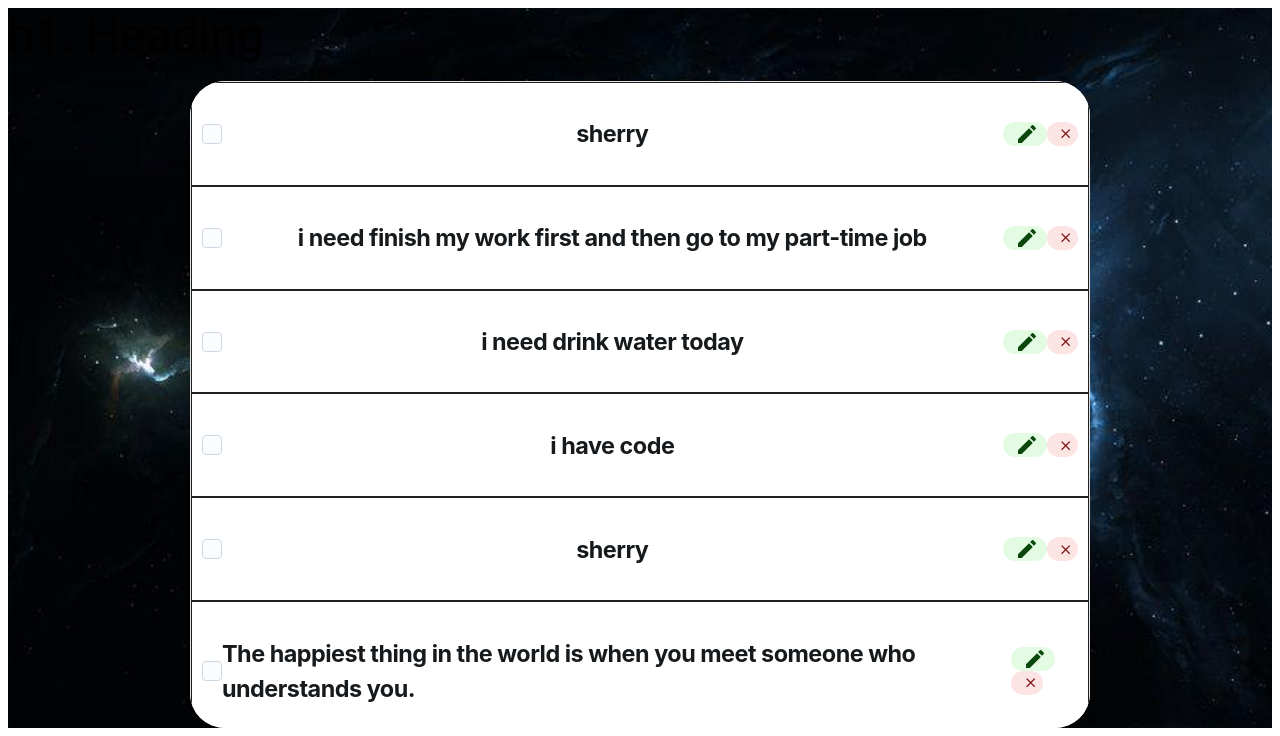
Repository: Tracy-maker/TodoList
Page: /
These files come from the project's save history. The page is drawn as it stood at one moment and after the next save; the edit follows.
The browser window is 1280 px wide. The pictures show the whole page.
The project was rebuilt for these pictures with package versions that can differ from the ones it lists, and the page was loaded fresh each time. Requests to the local data server were answered from the project's data file. Also part of the build but not shown: src/components/TaskEdit.js.

Above is the page before, as saved 2023-09-19 23:01:04.

### public/index.html
<!DOCTYPE html>
<html lang="en">
  <head>
    <meta charset="utf-8" />
    <link rel="icon" href="%PUBLIC_URL%/favicon.ico" />
    <meta name="viewport" content="width=device-width, initial-scale=1" />
    <meta name="theme-color" content="#000000" />
    <meta
      name="description"
      content="Web site created using create-react-app"
    />
    <link rel="apple-touch-icon" href="%PUBLIC_URL%/logo192.png" />
    <!--
      manifest.json provides metadata used when your web app is installed on a
      user's mobile device or desktop. See https://developers.google.com/web/fundamentals/web-app-manifest/
    -->
    <link rel="manifest" href="%PUBLIC_URL%/manifest.json" />
    <link href="https://fonts.googleapis.com/css2?family=Montserrat:wght@300;400;500&amp;display=swap" rel="stylesheet">
    <!--
      Notice the use of %PUBLIC_URL% in the tags above.
      It will be replaced with the URL of the `public` folder during the build.
      Only files inside the `public` folder can be referenced from the HTML.

      Unlike "/favicon.ico" or "favicon.ico", "%PUBLIC_URL%/favicon.ico" will
      work correctly both with client-side routing and a non-root public URL.
      Learn how to configure a non-root public URL by running `npm run build`.
    -->
    <title>React App</title>
  </head>
  <body>
    <noscript>You need to enable JavaScript to run this app.</noscript>
    <div id="root"></div>
    <!--
      This HTML file is a template.
      If you open it directly in the browser, you will see an empty page.

      You can add webfonts, meta tags, or analytics to this file.
      The build step will place the bundled scripts into the <body> tag.

      To begin the development, run `npm start` or `yarn start`.
      To create a production bundle, use `npm run build` or `yarn build`.
    -->
  </body>
</html>

### src/App.js
import { useState, useEffect } from "react";
import axios from "axios";
import CreateTask from "./components/CreateTask";
import TaskList from "./components/TaskList";
import { Box, Stack } from "@mui/material";
import styled from "styled-components";
import Typography from "@mui/material/Typography";
import TaskButton from "./components/TaskButton";
import Image1 from "./image/7.jpg";

const StyledContainer = styled(Stack)`
  height: 100vh;
  width: 100%;
  display: flex;
  align-items: stretch;
  justify-content: center;
  background-image: url(${Image1});
  background-size: cover;
  background-repeat: no-repeat;
`;

const TaskForm = styled(Box)`
  margin-left: auto;
  margin-right: auto;
  width: 900px;
  background-color: white;
  border-radius: 35px;
  overflow: hidden;
  @media (max-width: 768px) {
    width: 100%;
  }
`;
const title = styled(Typography)`
  color: white;
`;

function App() {
  const [tasks, setTasks] = useState([]);
  const [filter, setFilter] = useState("all");

  const fetchTask = async () => {
    const response = await axios.get("http://localhost:3001/tasks");
    setTasks(response.data);
  };

  useEffect(() => {
    fetchTask();
  }, []);

  const createTask = async (title) => {
    const response = await axios.post("http://localhost:3001/tasks", {
      title,
      status: "inProgress",
    });
    const updatedTasks = [...tasks, response.data];
    setTasks(updatedTasks);
  };

  const deleteTasksById = async (id) => {
    await axios.delete(`http://localhost:3001/tasks/${id}`);
    const updatedTasks = tasks.filter((task) => {
      return task.id !== id;
    });
    setTasks(updatedTasks);
  };

  const editTaskById = async (id, newTitle) => {
    const response = await axios.put(`http://localhost:3001/tasks/${id}`, {
      title: newTitle,
    });

    const updatedTasks = tasks.map((task) => {
      if (task.id === id) {
        return {
          ...task,
          ...response.data,
        };
      }
      return tasks;
    });
    setTasks(updatedTasks);
  };

  const handleFilterTasks = (filter) => {
    setFilter(filter);
  };

  let filteredTasks = tasks;
  if (filter !== "all") {
    filteredTasks = tasks.filter((task) => task.status === filter);
  }

  const toggleCheckedBoxById = (id) => {
    const updatedTasks = tasks.map((task) => {
      if (task.id === id) {
        let nextStatus;
        if (task.status === "done") {
          nextStatus = "inProgress";
        } else {
          nextStatus = "done";
        }
        return {
          ...task,
          status: nextStatus,
        };
      }
      return task;
    });
    setTasks(updatedTasks);
  };

  return (
    <StyledContainer>
      <Typography variant="h3" gutterBottom>
        h1. Heading
      </Typography>
      <TaskForm>
        <TaskList
          toggleCheckedBoxById={toggleCheckedBoxById}
          tasks={filteredTasks}
          onDelete={deleteTasksById}
          onEdit={editTaskById}
        />
        <TaskButton defaultValue={filter} onFilterChange={handleFilterTasks} />
        <CreateTask onCreate={createTask} />
      </TaskForm>
    </StyledContainer>
  );
}
export default App;

### src/components/CreateTask.js
import * as React from "react";
import Stack from "@mui/material/Stack";
import TextField from "@mui/material/TextField";
import Button from "@mui/material/Button";
import { useState } from "react";


function CreateTask(props) {
  const [title, setTitle] = useState("");

  const handleChange = (event) => {
    setTitle(event.target.value);
  };

  const handleSubmit = (event) => {
    event.preventDefault();
    if (title.trim() !== "") {
      props.onCreate(title);
      setTitle("");
    }
  };

  return (
    <Stack onSubmit={handleSubmit} component="form" direction="row" spacing={4}>
      <TextField
        value={title}
        onChange={handleChange}
        fullWidth
        hiddenLabel
        placeholder="Add a task"
        variant="filled"
      />
      <Button
        sx={{
          width: "25ch",
          backgroundColor: "#778899",
        }}
        type="submit"
        variant="contained"
      >
        Add Task
      </Button>
    </Stack>
  );
}

export default CreateTask;

### src/components/TaskList.js
import * as React from "react";
import { Paper, Box } from "@mui/material";
import TaskShow from "./TaskShow";



function TaskList(props) {

  const renderedTasksList = props.tasks.map((task) => {
    return (
      <TaskShow
        key={task.id}
        task={task}
        onDelete={props.onDelete}
        onEdit={props.onEdit}
        toggleCheckedBoxById={props.toggleCheckedBoxById}
      />
    );
  });

  return (
    <Box mb={2}>
      <Paper variant="outlined">{renderedTasksList}</Paper>
    </Box>
  );
}
export default TaskList;

### src/components/TaskButton.js
import * as React from "react";
import { Box, Button } from "@mui/material";
import styled from "styled-components";

const ButtonNavigationBar = styled(Box)`
  display: flex;
  justify-content: center;
  gap: 40px;
  padding: 10px;
`;

function TaskButton(props) {
  return (
    <ButtonNavigationBar>
      <Button
        variant={props.defaultValue === "all" ? "contained" : "outlined"}
        onClick={() => props.onFilterChange("all")}
      >
        All Tasks
      </Button>
      <Button
        variant={props.defaultValue === "done" ? "contained" : "outlined"}
        onClick={() => props.onFilterChange("done")}
      >
        Done
      </Button>
      <Button
        variant={props.defaultValue === "inProgress" ? "contained" : "outlined"}
        onClick={() => props.onFilterChange("inProgress")}
      >
        In Progress
      </Button>
    </ButtonNavigationBar>
  );
}
export default TaskButton;

### src/components/TaskShow.js
import * as React from "react";
import { useState } from "react";
import Typography from "@mui/joy/Typography";
import Checkbox from "@mui/joy/Checkbox";
import Chip from "@mui/joy/Chip";
import ChipDelete from "@mui/joy/ChipDelete";
import styled from "styled-components";
import { Box } from "@mui/material";
import EditIcon from "@mui/icons-material/Edit";
import TaskEdit from "./TaskEdit";

const TaskItem = styled(Box)`
  display: flex;
  justify-content: space-between;
  align-items: center;
  padding: 10px;
  border-style: solid;
  border-width: 1px;
`;

const Title = styled(Typography)`
  text-decoration: ${({ isDeleted }) => (isDeleted ? "line-through" : "none")};
`;

function TaskShow(props) {
  const [showEdit, setShowEdit] = useState(false);

  const handleEdit = () => {
    setShowEdit(!showEdit);
  };

  const handleSubmit = (id, newTitle) => {
    setShowEdit(false);
    props.onEdit(id, newTitle);
  };

  let content = <h3>{props.task.title}</h3>;
  if (showEdit) {
    content = <TaskEdit onSubmit={handleSubmit} task={props.task} />;
  }

  const handleDelete = () => {
    props.onDelete(props.task.id);
  };

  const handleCheckboxChange = () => {
    props.toggleCheckedBoxById(props.task.id);
  };

  return (
    <TaskItem>
      <Checkbox
        checked={props.task.status === "done"}
        onChange={handleCheckboxChange}
      />
      <Title isDeleted={props.task.status === "done"} level="h4">
        {content}
      </Title>
      <Box>
        <Chip
          variant="soft"
          color="success"
          onClick={handleEdit}
          endDecorator={<EditIcon />}
        />

        <Chip
          variant="soft"
          color="danger"
          endDecorator={<ChipDelete onClick={handleDelete} />}
        />
      </Box>
    </TaskItem>
  );
}

export default TaskShow;

### db.json
{
  "tasks": [
    {
      "title": "sherry",
      "status": "inProgress",
      "id": 1
    },
    {
      "title": "i need finish my work first and then go to my part-time job",
      "status": "inProgress",
      "id": 2
    },
    {
      "title": "i need drink water today",
      "status": "inProgress",
      "id": 3
    },
    {
      "title": "i have code",
      "status": "inProgress",
      "id": 4
    },
    {
      "title": "sherry",
      "status": "inProgress",
      "id": 5
    },
    {
      "title": "The happiest thing in the world is when you meet someone who understands you.",
      "status": "inProgress",
      "id": 6
    }
  ]
}

Loaded but not shown: src/index.js (common file)

After the next save:
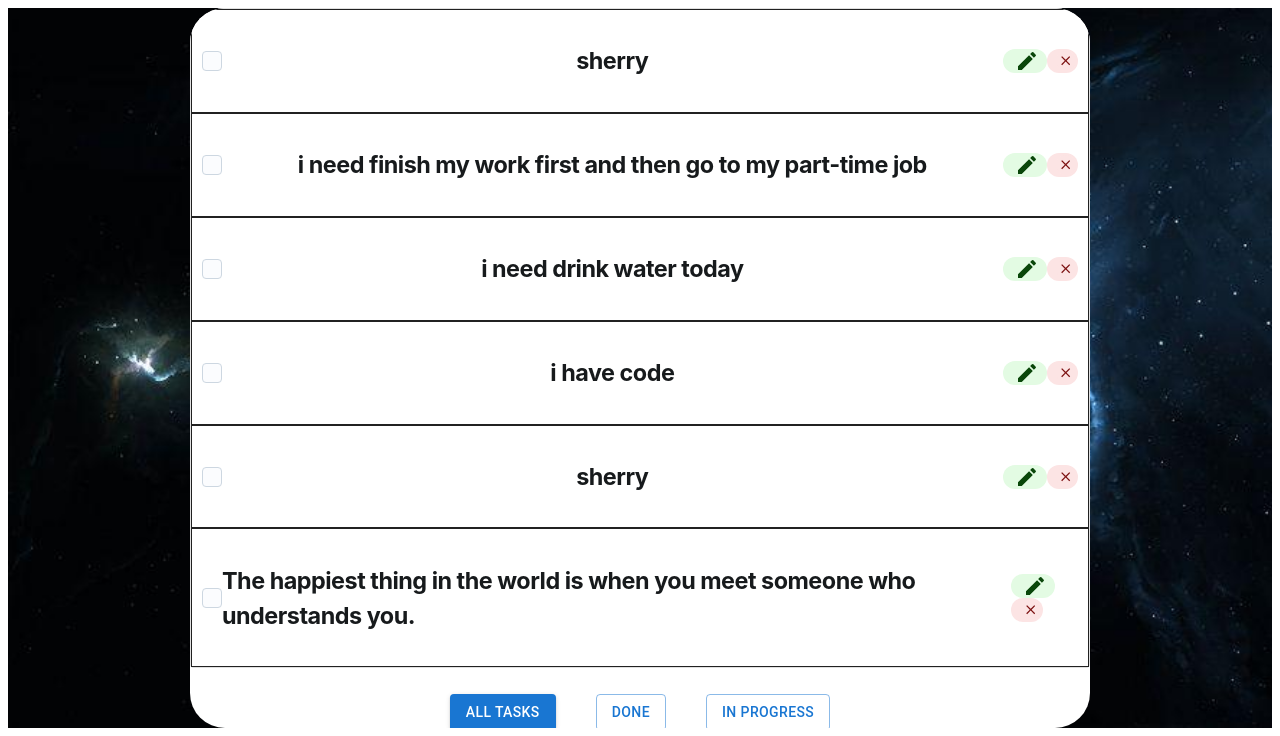
Saved 18 s later.
--- a/src/App.js
+++ b/src/App.js
@@ -111,9 +111,9 @@
 
   return (
     <StyledContainer>
-      <Typography variant="h3" gutterBottom>
+      <title variant="h3" gutterBottom>
         h1. Heading
-      </Typography>
+      </title>
       <TaskForm>
         <TaskList
           toggleCheckedBoxById={toggleCheckedBoxById}

After the save that followed:
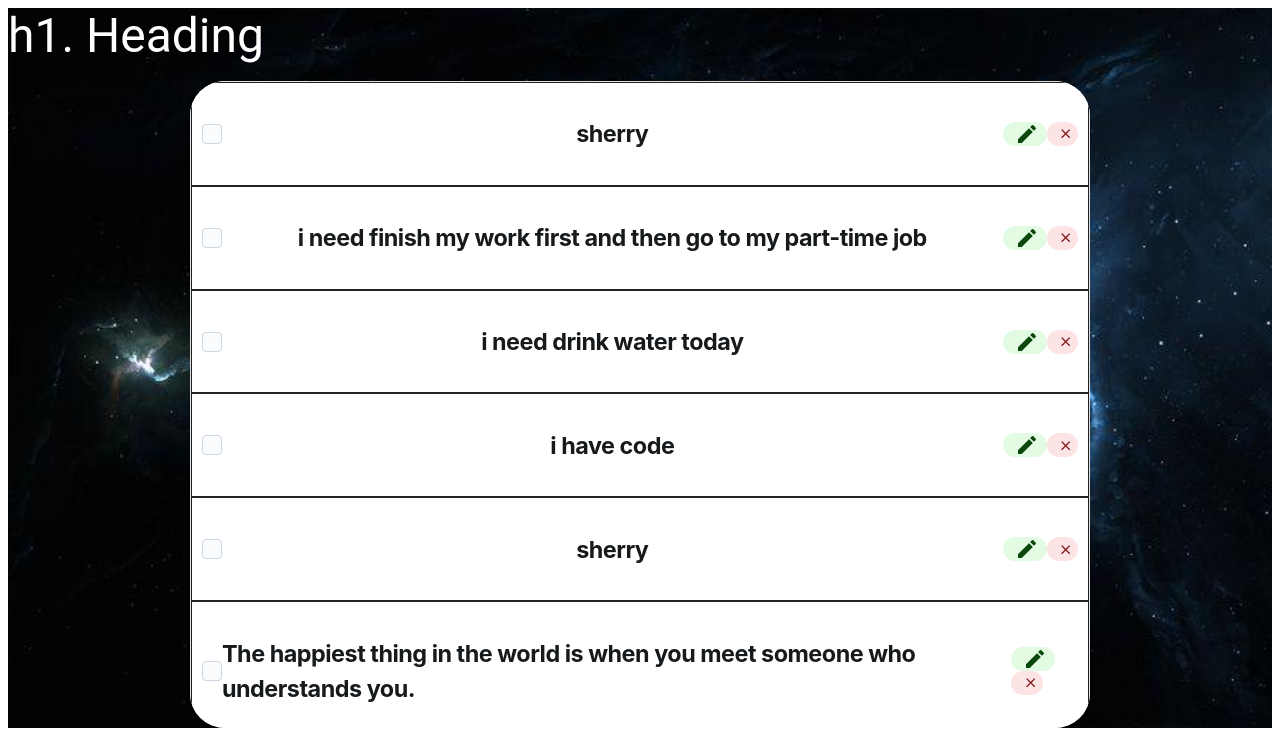
Saved 9 s later.
--- a/src/App.js
+++ b/src/App.js
@@ -30,7 +30,7 @@
     width: 100%;
   }
 `;
-const title = styled(Typography)`
+const Title = styled(Typography)`
   color: white;
 `;
 
@@ -111,9 +111,9 @@
 
   return (
     <StyledContainer>
-      <title variant="h3" gutterBottom>
+      <Title variant="h3" gutterBottom>
         h1. Heading
-      </title>
+      </Title>
       <TaskForm>
         <TaskList
           toggleCheckedBoxById={toggleCheckedBoxById}
